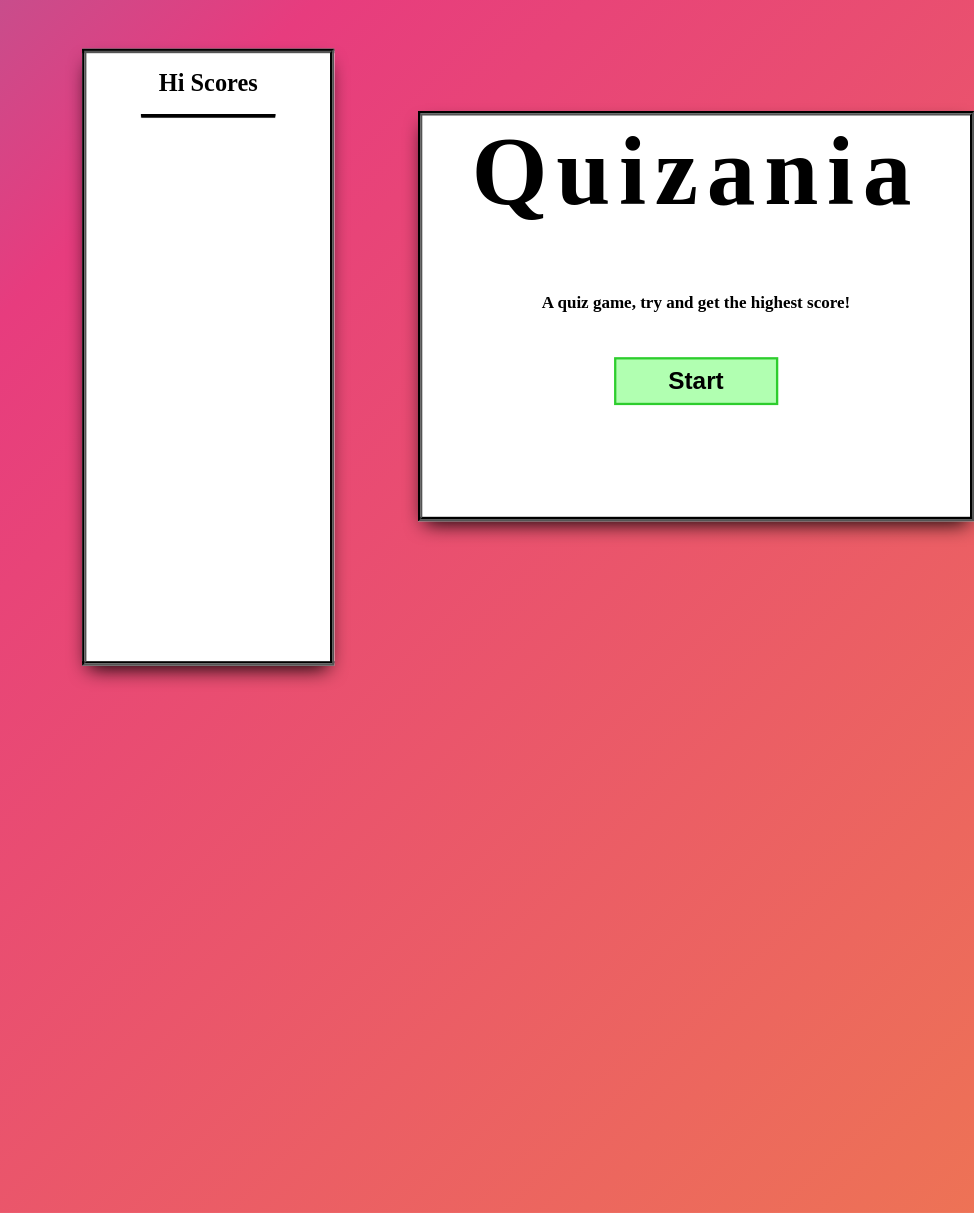
Repository: PatrickTheCodeGuy/QuizApp
Page: / (app in quizapp/)
These files come from the project's save history. The page is drawn as it stood at one moment and after the next save; the edit follows.
The browser window is 1280 px wide. The page is 1282 px wide, so the pictures cover 1282 px, including what lies to the right of the window. The pictures show the whole page, at 76% of full size.
The first visible `.button-start` is being pressed.
The project was rebuilt for these pictures with package versions that can differ from the ones it lists, and the page was loaded fresh each time.

Above is the page before, as saved 2021-07-08 15:03:52.

After the next save:
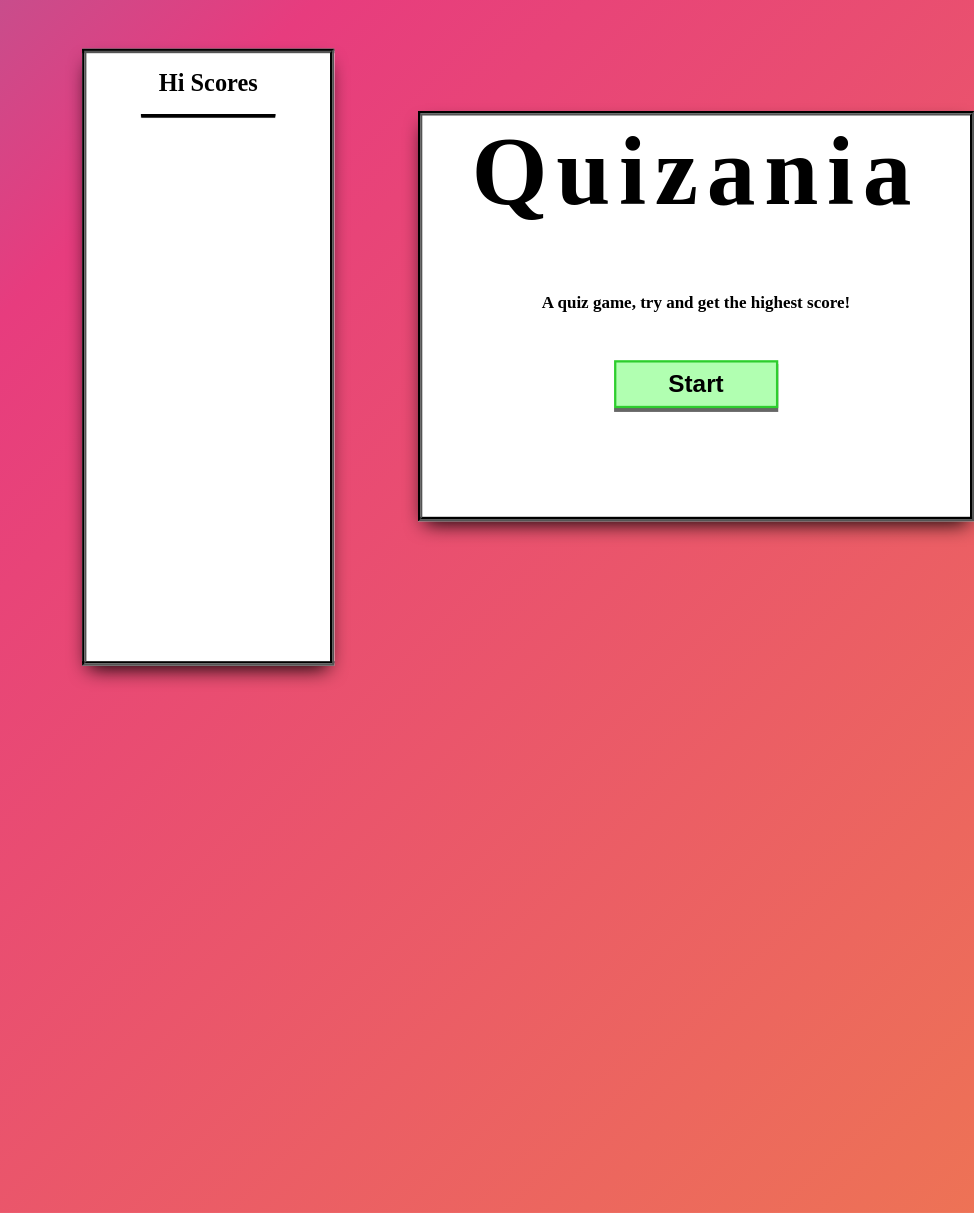
Saved 2 min 21 s later.
--- a/quizapp/src/components/StartMenu/StartMenu.css
+++ b/quizapp/src/components/StartMenu/StartMenu.css
@@ -29,6 +29,11 @@
     border: 3px solid rgba(0, 188, 0, 0.743);
 }
 
+.button-start:active {
+    box-shadow: 0 5px #666;
+    transform: translateY(4px);
+}
+
 .menu-container{
     border: 6px groove black;
     text-align: center;
